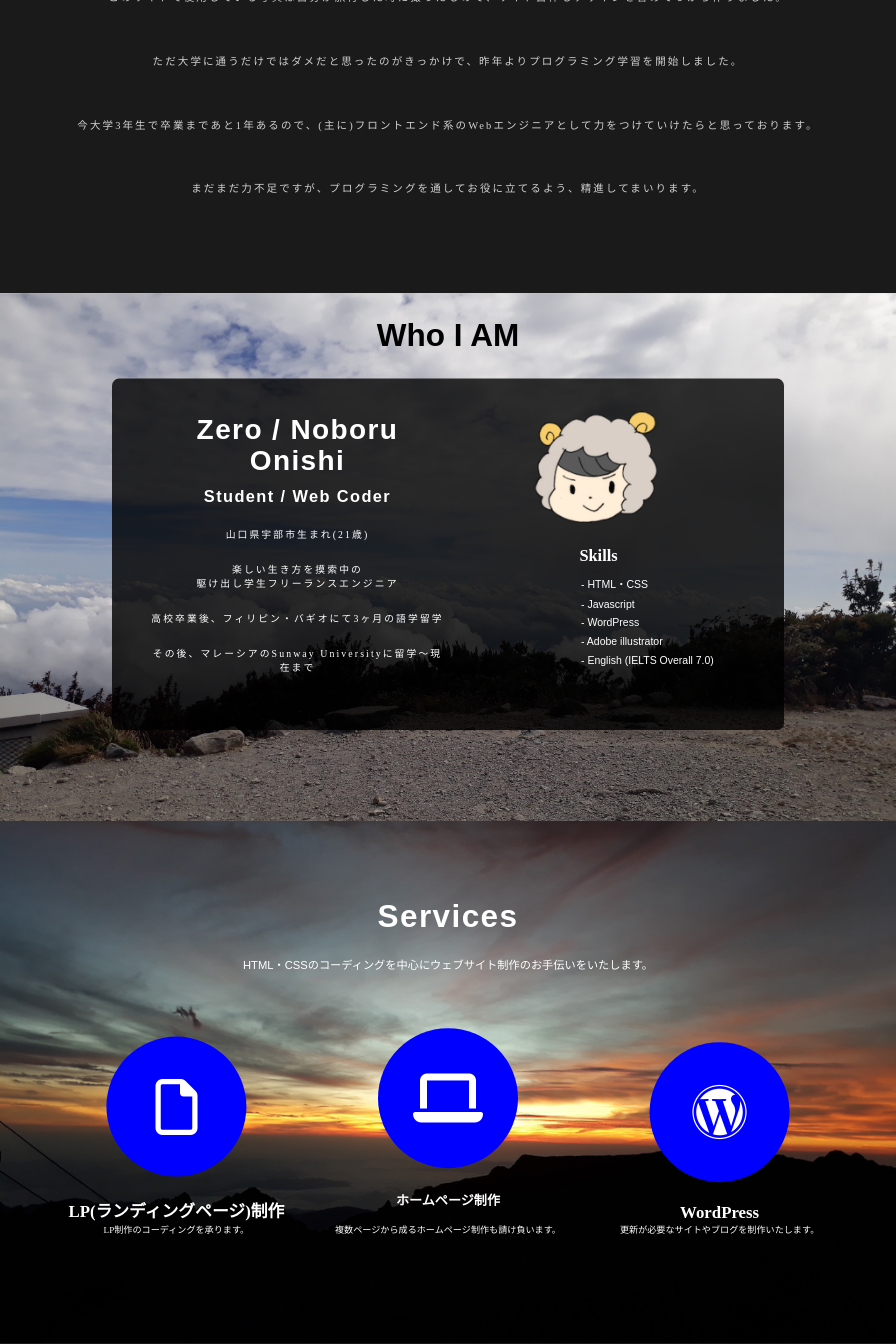
Repository: ZeroRequiem126/MyPortfolioSite
Page: top.html
The author's editor kept a record of every edit. The page is drawn from the files as they stood at one moment, then again after the next edit.
The browser window is 1280 px wide. The pictures show the part of the page from y = 1057 to 2977 px (the page is 2977 px tall), at 70% of full size.
Some web libraries are served in a nearby version.

Above is the page before.

After the next edit:
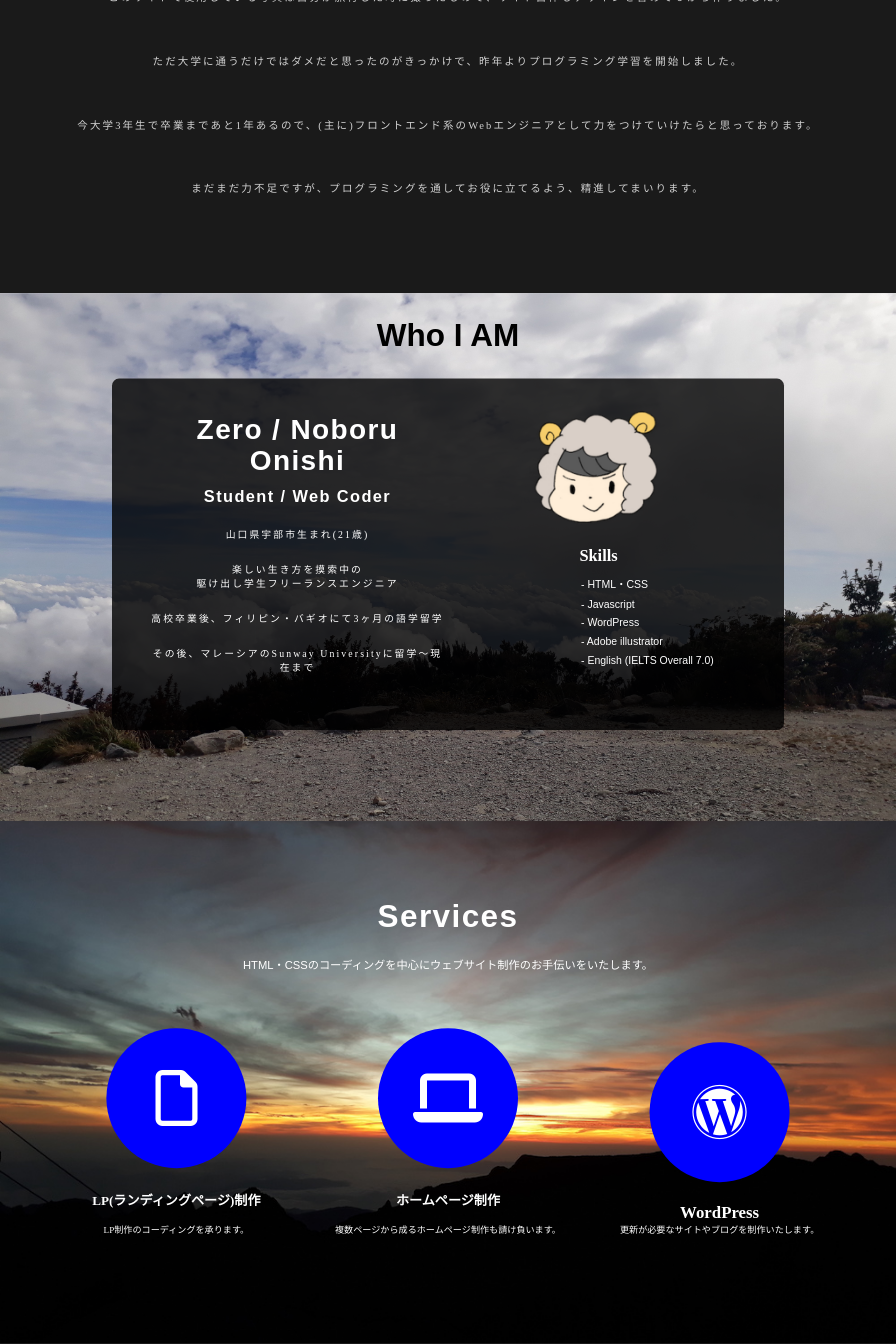
The edit:
--- a/top.html
+++ b/top.html
@@ -95,7 +95,7 @@
 
                                 <div class="service-contents">
                                     <span class="far fa-file"></span>
-                                    <h2>LP(ランディングページ)制作</h2>
+                                    <h3>LP(ランディングページ)制作</h3>
                                     <p class="service-explanation">LP制作のコーディングを承ります。</p>
                                 </div>
 
